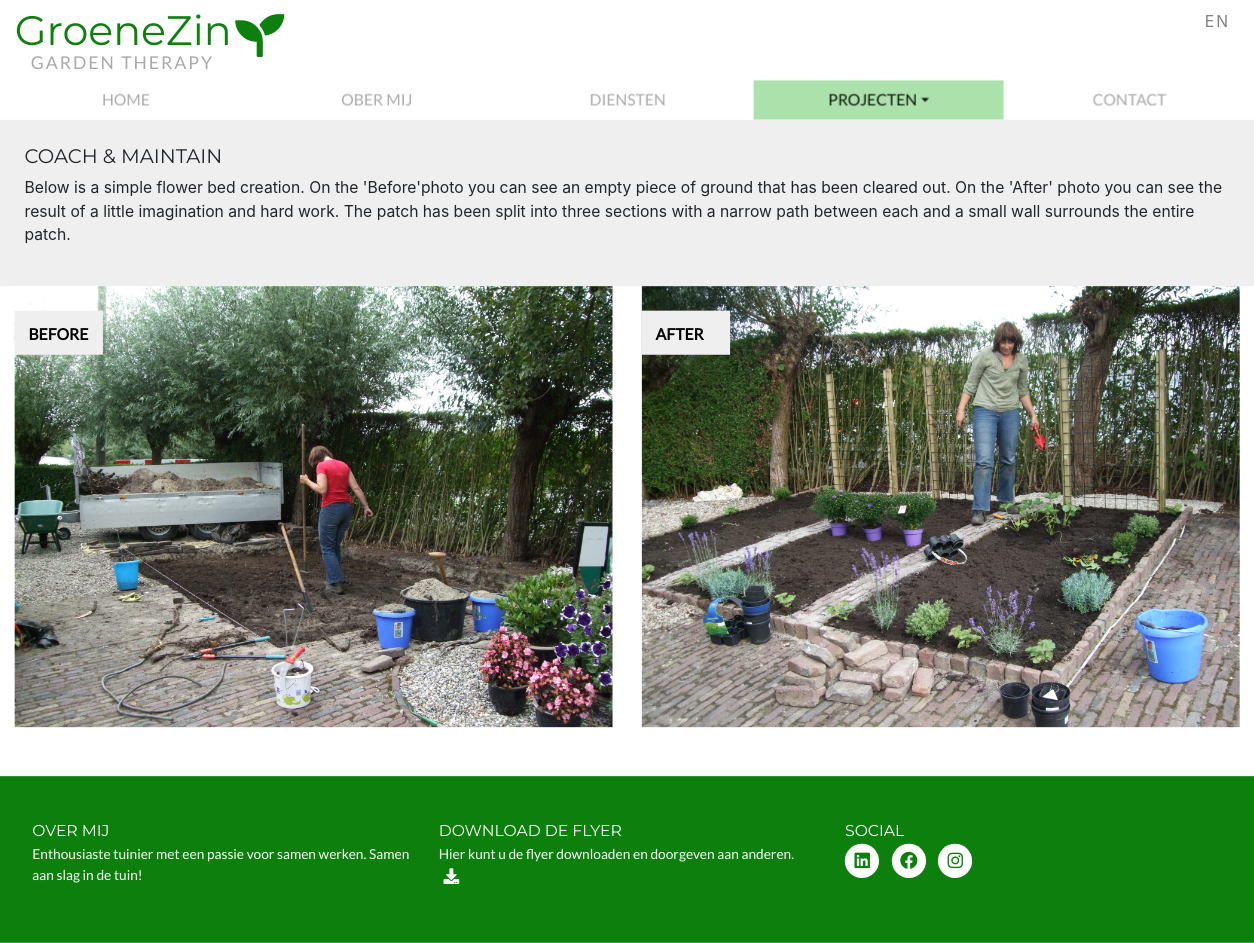
Repository: Sparkplug84/MilestoneProject1
Page: NL_coaching.html
The author's editor kept a record of every edit. The page is drawn from the files as they stood at one moment, then again after the next edit.
The browser window is 1280 px wide. The pictures show the whole page, at 98% of full size.
Some web libraries are served in a nearby version.

Above is the page before.
Console error: TypeError: Cannot read properties of undefined (reading 'fn')

### NL_coaching.html
<!DOCTYPE html>
<html lang="en">

<head>
    <meta charset="UTF-8">
    <meta name="viewport" content="width=device-width, initial-scale=1.0">
    <meta http-equiv="X-UA-Compatible" content="ie=edge">
    <title>Groenezin | Gardening Coach, Mentor and Designer</title>
    <link rel="stylesheet" href="https://stackpath.bootstrapcdn.com/bootstrap/4.3.1/css/bootstrap.min.css" integrity="sha384-ggOyR0iXCbMQv3Xipma34MD+dH/1fQ784/j6cY/iJTQUOhcWr7x9JvoRxT2MZw1T" crossorigin="anonymous">
    <link rel="stylesheet" href="//use.fontawesome.com/releases/v5.10.2/css/all.css">
    <link rel="stylesheet" href="https://cdnjs.cloudflare.com/ajax/libs/hover.css/2.3.1/css/hover-min.css" type="text/css">
    <link rel="stylesheet" href="style.css" type="text/css" />
</head>

<body>

    <!-- Brand Logo & language Toggle -->

    <div class="container-fluid brand-heading">
        <div class="brand-container">
            <a href="NL_index.html" class="brand">
                <div class="brand-wrapper">
                    <div class="brand-header">GroeneZin</div>
                    <div class="brand-sub uppercase">Garden Therapy</div>
                    <div class="brand-logo"><i class="fas fa-seedling" aria-hidden="true"></i></div>
                </div>
            </a>
        </div>

        <div class="language-toggle"><a class="language-link" href="coaching.html">EN</a></div>
    </div>

    <!-- Brand Logo & language Toggle End -->

    <!-- Navbar -->

    <nav class="navbar navbar-light navbar-expand-sm">

        <button class="navbar-toggler ml-auto" type="button" data-toggle="collapse" data-target="#navbarDropdown" aria-controls="navbarDropdown" aria-expanded="false" aria-label="Toggle navigation">
        <span class="navbar-toggler-icon"></span></button>

        <div class="collapse navbar-collapse" id="navbarDropdown">
            <ul class="navbar-nav mr-auto">
                <li class="nav-item"><a class="nav-link hvr-fade uppercase" href="NL_index.html">Home</a></li>
                <li class="nav-item"><a class="nav-link hvr-fade uppercase" href="NL_aboutme.html">Ober Mij</a></li>
                <li class="nav-item"><a class="nav-link hvr-fade uppercase" href="NL_services.html">Diensten</a></li>
                <li class="nav-item dropdown">
                    <a class="active nav-link hvr-fade dropdown-toggle uppercase" href="#" id="navbarDropdownMenuLink" role="button" data-toggle="dropdown" aria-haspopup="true" aria-expanded="false">Projecten</a>
                    <div class="dropdown-menu" aria-labelledby="navbarDropdownMenuLink">
                        <a class="active dropdown-item" href="NL_coaching.html">Coaching & Onderhoud</a>
                        <a class="dropdown-item" href="NL_groupactivity.html">Groepsactiviteiten</a>
                        <a class="dropdown-item" href="NL_gardendesign.html">Tuin Ontwerp</a>
                    </div>
                </li>

                <li class="nav-item"><a class="nav-link hvr-fade uppercase" href="NL_contact.html">Contact</a></li>
            </ul>
        </div>
    </nav>

    <!-- Navbar End -->

    <!-- Coaching Section -->

    <section>
        <div class="coaching-header">
            <h5 class="coaching-heading uppercase">Coach & Maintain</h5>
            <p>Below is a simple flower bed creation. On the 'Before'photo you can see an empty piece of ground that has been cleared out. On the 'After' photo you can see the result of a little imagination and hard work. The patch has been split into three
                sections with a narrow path between each and a small wall surrounds the entire patch.</p>
        </div>
        <div class="container-fluid coaching-container">
            <div class="row">
                <div class="col-lg-6">
                    <section class="coaching-jumbotron">
                        <div class="coaching-container-text">
                            <h5 class="coaching-title uppercase">Before</h5>
                        </div>
                    </section>
                </div>
                <div class="col-lg-6">
                    <section class="coaching-jumbotron2">
                        <div class="coaching-container-text">
                            <h5 class="coaching-title uppercase">After</h5>
                        </div>
                    </section>
                </div>
            </div>
        </div>
    </section>

    <!-- Coaching Section end -->

    <!-- Footer -->

    <footer class="container-fluid">
        <div class="row footer-padding">
            <div class="col-sm-4 mt-3 footer-section">
                <h6 class="footer-sub uppercase">Over Mij</h6>
                <p>Enthousiaste tuinier met een passie voor samen werken. Samen aan slag in de tuin!</p>
            </div>
            <div class="col-sm-4 mt-3 footer-section">
                <h6 class="footer-sub uppercase">Download de flyer</h6>
                <p class="inline-block">Hier kunt u de flyer downloaden en doorgeven aan anderen.
                    <a href="./images/GroeneZin-Flyer.jpg" target="_blank" class="flyer-pdf">
                        <i class="fa fa-download" aria-hidden="true"></i>
                        <span class="sr-only">Download link.</span>
                    </a>
                </p>
            </div>
            <div class="col-sm-4 mt-3 footer-section">
                <h6 class="footer-sub uppercase">Social</h6>
                <ul class="list-inline social-links">
                    <li class="list-inline-item">
                        <a href="https://www.linkedin.com/in/maaike-ten-haken-239b0a57/" target="_blank">
                            <i class="fab fa-linkedin" aria-hidden="true"></i>
                            <span class="sr-only">LinkedIn</span>
                        </a>
                    </li>
                    <li class="list-inline-item">
                        <a href="https://www.facebook.com/" target="_blank">
                            <i class="fab fa-facebook" aria-hidden="true"></i>
                            <span class="sr-only">Facebook</span>
                        </a>
                    </li>
                    <li class="list-inline-item">
                        <a href="https://www.instagram.com" target="_blank">
                            <i class="fab fa-instagram" aria-hidden="true"></i>
                            <span class="sr-only">Instagram</span>
                        </a>
                    </li>
                </ul>
            </div>
        </div>
    </footer>

    <!-- Footer End -->

    <script src="https://stackpath.bootstrapcdn.com/bootstrap/4.3.1/js/bootstrap.min.js" integrity="sha384-JjSmVgyd0p3pXB1rRibZUAYoIIy6OrQ6VrjIEaFf/nJGzIxFDsf4x0xIM+B07jRM" crossorigin="anonymous"></script>
    <script src="https://code.jquery.com/jquery-3.3.1.slim.min.js" integrity="sha384-q8i/X+965DzO0rT7abK41JStQIAqVgRVzpbzo5smXKp4YfRvH+8abtTE1Pi6jizo" crossorigin="anonymous"></script>
    <script src="https://cdnjs.cloudflare.com/ajax/libs/popper.js/1.14.7/umd/popper.min.js" integrity="sha384-UO2eT0CpHqdSJQ6hJty5KVphtPhzWj9WO1clHTMGa3JDZwrnQq4sF86dIHNDz0W1" crossorigin="anonymous"></script>
    <script src="https://stackpath.bootstrapcdn.com/bootstrap/4.3.1/js/bootstrap.min.js" integrity="sha384-JjSmVgyd0p3pXB1rRibZUAYoIIy6OrQ6VrjIEaFf/nJGzIxFDsf4x0xIM+B07jRM" crossorigin="anonymous"></script>
</body>

</html>

### style.css
@import url('https://fonts.googleapis.com/css?family=Lato:|Montserrat:&display=swap');

/* --------------------- General styles -------------------*/

.uppercase {
    text-transform: uppercase;
}

body {
    margin: 0;
    padding: 0;
}

.inline-block {
    display: inline-block;
}

/* --------------------- colours -------------------*/

.language-link {
    color: grey;
}

/* --------------------- Brand and Logo Section -------------------*/

.brand-heading {
    position: relative;
}

.brand-container {
    width: 300px;
}

a.brand {
    width: 300px;
    height: 100%;
    text-decoration: none;
}

.brand-header {
    font-family: "Montserrat", sans-serif;
    font-size: 42px;
    height: 50px;
    width: 220px;
    color: #0d7f0d;
}

.brand-sub {
    font-family: "Lato", sans-serif;
    display: inline-block;
    font-size: 18px;
    height: 32px;
    width: 220px;
    color: darkgrey;
    letter-spacing: 2px;
    text-align: center;
}

.brand-logo {
    display: inline-block;
    position: absolute;
    top: 0;
    right: inherit;
    font-size: 50px;
    height: 82px;
    width: 60px;
    color: #0d7f0d;
    text-align: center;
}

.language-toggle {
    display: inline;
    position: absolute;
    right: 25px;
    top: 10px;
    letter-spacing: 2px;
}

a.language-link {
    text-decoration: none;
}

a.language-link:hover {
    color: #0d7f0d;
}

/* --------------------- Navbar -------------------*/

.collapse {
    position: relative;
    z-index: 1;
    padding: 0;
    margin: 0;
}

.navbar {
    padding: 0;
}

.navbar-light .navbar-nav .nav-link {
    color: darkgrey;
}

nav ul {
    justify-content: space-around;
    width: 100%;
    background-color: white;
}

nav ul li {
    border-left: 1px solid white;
    list-style-type: none;
    width: 100%;
    text-align: center;
}

nav ul li a {
    text-decoration: none;
    font-family: "Lato", sans-serif;
}

.hvr-fade {
    width: 100%;
    padding-right: 0;
    padding-left: 0;
}

.hvr-fade:hover {
    color: white;
    background-color: #abe1ab;
}

.navbar .navbar-toggler {
    border: 0;
}

.active {
    background-color: #abe1ab;
}

.dropdown-item {
    text-align: center;
}

/* --------------------- Callout -------------------*/

.callout-container {
    font-family: "Montserrat", sans-serif;
    height: 100vh;
    background: url(https://www.nps.gov/caco/learn/news/images/National-Public-Lands-Day_1.JPG) no-repeat center fixed;
    -webkit-background-size: cover;
    -moz-background-size: cover;
    -o-background-size: cover;
    background-size: cover;
    display: flex;
    align-items: center;
    justify-content: center;
    position: relative;
}

.jumbotron {
    background: rgba(0, 0, 0, 0.5);
    max-width: 750px;
    max-height: 400px;
}

.jumbotron-header,
.jumbotron .sub-header {
    color: white;
}

.sub-header {
    font-size: 16px;
}

.jumbotron-header {
    font-weight: 600;
}

.block-divider {
    width: 200px;
    height: 2px;
    border: none;
    background-color: #fff;
}

.btn-cta {
    color: #fff;
    background-color: #e84610;
    border: none;
    width: 160px;
    border-radius: 0;
    font-family: "Montserrat", sans-serif;
}

.btn-cta:hover {
    background-color: #c43606;
    color: white;
}

.btn {
    font-size: 15px;
    font-weight: 500;
}

/* --------------------- Footer -------------------*/

.footer-sub {
    font-family: "Montserrat", sans-serif;
    font-weight: 400;
    color: white;
    margin-bottom: 4px;
}

footer {
    background-color: #0d7f0d;
    min-height: 100px;
}

footer p {
    font-family: "Lato", sans-serif;
    font-size: 14px;
    font-weight: 200;
    color: white;
    margin: 0;
    padding: 0;
}

.flyer-pdf {
    font-size: 16px;
    color: white;
    padding-left: 5px;
    transition: all 0.5s ease-in-out;
    -moz-transition: all 0.5s ease-in-out;
    -o-transition: all 0.5s ease-in-out;
    -webkit-transition: all 0.5s ease-in-out;
}

.flyer-pdf:hover {
    color: #e84610;
}


.social-links li a i {
    width: 35px;
    height: 35px;
    border-radius: 50%;
    font-size: 18px;
    text-align: center;
    color: #0d7f0d;
    background: white;
    line-height: 8px;
    padding: 13px 0;
    transition: all 0.5s ease-in-out;
    -moz-transition: all 0.5s ease-in-out;
    -o-transition: all 0.5s ease-in-out;
    -webkit-transition: all 0.5s ease-in-out;
}

.social-links li a i:hover {
    background-color: #e84610;
}

.footer-padding {
    padding: 30px 18px 30px 18px;
}

.footer-section {
    margin-bottom: 20px;
}

/* --------------------- About Me -------------------*/

.profile-container {
    padding: 40px;
    background: #efefef;
}

.profile-name {
    font-family: "Montserrat", sans-serif;
    font-size: 25px;
    font-weight: 400;
    text-align: center;
    padding-bottom: 15px;
}

.profile-photo {
    width: 100%;
    padding-bottom: 100%;
    border: solid 3px darkgrey;
    border-radius: 50%;
    margin: 0 auto;
    background: url("./images/maaike-profile.jpg") center;
    background-repeat: no-repeat;
    background-size: cover;
}

.details-heading {
    font-family: "Montserrat", sans-serif;
    font-size: 25px;
    font-weight: 400;
    padding-bottom: 25px;
}

.details-container {
    padding: 20px 20px 0px 20px;
    background: #efefef;
    margin: 0 auto;
}

.personal-info-item {
    display: block;
    clear: both;
    margin-bottom: 22px;
    font-family: "Lato", sans-serif;
}

.personal-info-item .key,
.personal-info-item .value {
    display: inline-block;
}

.personal-info-item .key p,
.personal-info-item .value p {
    margin: 0;
    padding-left: 30px;
}

.personal-info-item .key {
    width: 30%;
    margin-right: 20px;
}

.personal-info-item .key p {
    font-weight: 700;
}

.personal-info-item .value {
    position: relative;
    width: 60%;
}

.aboutme-container {
    padding: 40px;

}

.aboutme-heading {
    font-family: "Montserrat", sans-serif;
    font-size: 25px;
    font-weight: 400;
    padding-bottom: 25px;
}

.aboutme-subheading {
    font-family: "Montserrat", sans-serif;
    font-size: 16px;
    font-weight: 600;
}

.col-10 {
    padding-bottom: 30px;
}

.col-10 p {
    font-family: "Lato", sans-serif;
}

.aboutme-icon {
    color: #e84610;
    font-size: 18px;
}

/* --------------------- Services -------------------*/

.services-heading {
    font-family: "Montserrat", sans-serif;
    font-weight: 600;
}

.services-info {
    font-family: "Lato", sans-serif;
    font-size: 14px;
}

.services-section {
    padding: 50px 0px 50px 100px;
    position: relative;
    right: 0;
    margin: 0 auto;
}

.services-sub {
    min-height: 300px;
    background-color: #efefef;
    padding: 20px;
}

.photo-section {
    padding: 50px 20px 50px 0px;
    margin: 0;
}

.photo-service1 {
    width: 85%;
    min-height: 300px;
    background: url("./images/tuinier-plant-zaadjes-in-zijn-tuin.jpg") no-repeat center;
    background-size: cover;
}

.photo-service2 {
    width: 85%;
    min-height: 300px;
    background: url("./images/group-activity1.jpg") no-repeat center;
    background-size: cover;
}

.photo-service3 {
    width: 85%;
    min-height: 300px;
    background: url("./images/Moestuin Herbergier plan.jpg") no-repeat center;
    background-size: cover;
}

.price-heading {
    display: inline-block;
    font-family: "Montserrat", sans-serif;
}

.price-info {
    display: inline-block;
    font-family: "Lato", sans-serif;
    padding-left: 10px;
}

.coaching-link,
.coaching-link:hover {
    color: black;
    text-decoration: none;
}

/* --------------------- Coach & Maintain -------------------*/

.coaching-header {
    width: 100%;
    height: 100%;
    background-color: #efefef;
    padding: 25px;
}

.coaching-heading {
    font-family: "Montserrat", sans-serif;
    font-weight: 500;
}

.coaching-jumbotron {
    position: relative;
    background: url("./images/Coaching1.jpg") no-repeat center;
    -webkit-background-size: cover;
    -moz-background-size: cover;
    -o-background-size: cover;
    background-size: cover;
    height: 450px;
    width: 100%;
    margin: 0 0 50px 0;
}

.coaching-jumbotron2 {
    position: relative;
    background: url("./images/Coaching2.jpg") no-repeat center;
    -webkit-background-size: cover;
    -moz-background-size: cover;
    -o-background-size: cover;
    background-size: cover;
    height: 450px;
    width: 100%;
    margin: 0 0 50px 0;
}

.coaching-container-text {
    position: absolute;
    top: 25px;
    background-color: #efefef;
    width: 90px;
    height: 45px;
    padding: 14px;
}

.coaching-container-text h5 {
    color: black;
    font-family: "Lato", sans-serif;
    font-size: 16px;
    font-weight: 600;
}

.click-info {
    font-family: "Lato", sans-serif;
    font-size: 12px;
    color: #0d7f0d;
    text-decoration: underline;
}


/* --------------------- Contact -------------------*/

.contact-photo {
    height: 280px;
    background: url(https://cdn.pixabay.com/photo/2017/12/02/14/38/contact-us-2993000_1280.jpg) no-repeat right;
    -webkit-background-size: cover;
    -moz-background-size: cover;
    -o-background-size: cover;
    background-size: cover;
}

.contact-container {
    padding: 0;
    margin: 0;
}

.info-container {
    padding: 0 0 20px 20px;
}

.contact-hr {
    border: dotted 1px;
    opacity: 0.2;
    margin: 5px 50px 20px;
}

.contact-info {
    display: block;
    width: 100%;
    height: 350px;
    background-color: #efefef;
}

.contact-heading {
    padding: 50px 0 0 50px;
    margin-bottom: 0;
    font-family: "Montserrat", sans-serif;
}

.form-container {
    padding: 0 50px 0;
}

.form {
    padding: 20px 50px 20px 50px;
}

.form-header {
    padding: 30px 20px 0 50px;
    font-family: "Montserrat", sans-serif;
    text-align: left;
}

label {
    font-family: "Lato", sans-serif;
    margin: 10px 0 0;
}

.btn-contact {
    margin-top: 15px;
    margin-bottom: 20px;
    color: #fafafa;
    background-color: #e84610;
}

.btn-contact:hover {
    background-color: #c43606;
    color: white;
}

/* --------------------- Group Activity -------------------*/

.group-jumbotron {
    position: relative;
    background: url("./images/group-activity2.jpg") no-repeat left;
    -webkit-background-size: cover;
    -moz-background-size: cover;
    -o-background-size: cover;
    background-size: cover;
    height: 450px;
    width: 100%;
    margin: 0 0 50px 0;
}

.group-jumbotron2 {
    position: relative;
    background: url("./images/group-activity1.jpg") no-repeat center;
    -webkit-background-size: cover;
    -moz-background-size: cover;
    -o-background-size: cover;
    background-size: cover;
    height: 450px;
    width: 100%;
    margin: 0 0 50px 0;
}

/* --------------------- Garden Design -------------------*/

.garden-design-jumbotron {
    position: relative;
    background: url("./images/garden-design1.jpg") no-repeat center;
    -webkit-background-size: cover;
    -moz-background-size: cover;
    -o-background-size: cover;
    background-size: cover;
    height: 450px;
    width: 100%;
    margin: 0 0 50px 0;
}

.garden-design2-jumbotron2 {
    position: relative;
    background: url("./images/garden-design2.jpg") no-repeat center;
    -webkit-background-size: cover;
    -moz-background-size: cover;
    -o-background-size: cover;
    background-size: cover;
    height: 450px;
    width: 100%;
    margin: 0 0 50px 0;
}

/* --------------------- Media Queries -------------------*/

@media(max-width: 575px) {
    .navbar {
        position: absolute;
        right: 10px;
        top: 40px;
        z-index: 1;
    }
}

@media(max-width: 767px) {
    .services-section {
        padding: 50px 50px 0px 50px;
        position: relative;
        bottom: 0;
        margin: 0 auto;
    }
    .photo-section {
        padding: 0px 50px 50px 50px;
        margin: 0 auto;
    }
    .services-sub {
        height: 200px;
        min-height: 0;
    }
    .photo-service1,
    .photo-service2,
    .photo-service3 {
        width: 100%;
    }
}

@media(max-width: 480px) {
    .services-section {
        padding: 50px 0px 0px 0px;
        position: relative;
        bottom: 0;
        margin: 0 auto;
    }
    .photo-section {
        padding: 0px 0px 50px 0px;
        margin: 0 auto;
    }
    .services-sub {
        height: 200px;
        min-height: 0;
    }
    .photo-service1,
    .photo-service2,
    .photo-service3 {
        width: 100%;
        height: 250px;
    }
}

@media(max-width: 991px) {
    .col-lg-6 {
        padding: 0;
    }
    .form-container {
        padding: 0;
    }
}

@media(min-width: 1400px) {
    html {
        width: 1400px;
        margin: 0 auto;
    }
}

After the next edit:
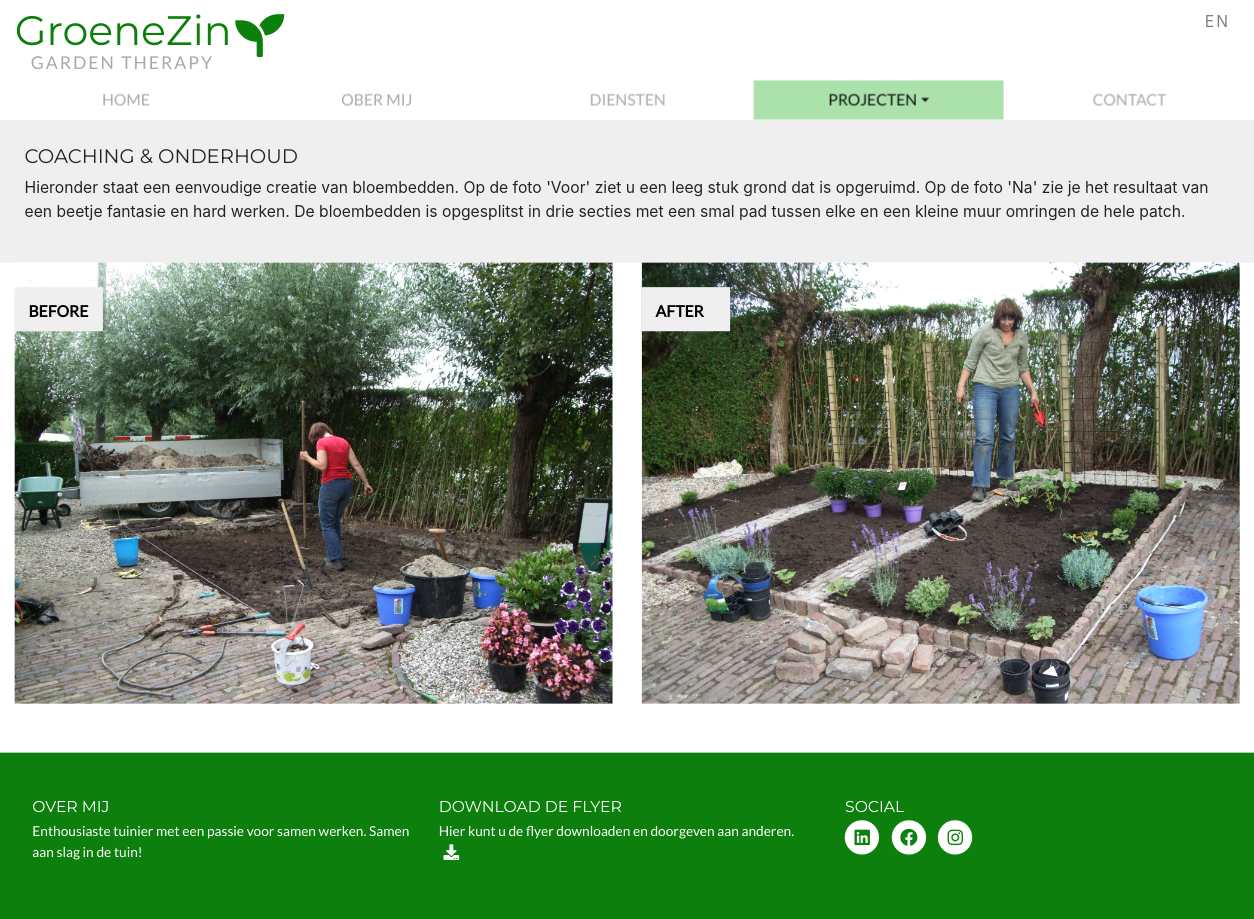
The edit:
--- a/NL_coaching.html
+++ b/NL_coaching.html
@@ -64,9 +64,9 @@
 
     <section>
         <div class="coaching-header">
-            <h5 class="coaching-heading uppercase">Coach & Maintain</h5>
-            <p>Below is a simple flower bed creation. On the 'Before'photo you can see an empty piece of ground that has been cleared out. On the 'After' photo you can see the result of a little imagination and hard work. The patch has been split into three
-                sections with a narrow path between each and a small wall surrounds the entire patch.</p>
+            <h5 class="coaching-heading uppercase">Coaching & Onderhoud</h5>
+            <p>Hieronder staat een eenvoudige creatie van bloembedden. Op de foto 'Voor' ziet u een leeg stuk grond dat is opgeruimd. Op de foto 'Na' zie je het resultaat van een beetje fantasie en hard werken. De bloembedden is opgesplitst in drie
+secties met een smal pad tussen elke en een kleine muur omringen de hele patch.</p>
         </div>
         <div class="container-fluid coaching-container">
             <div class="row">
